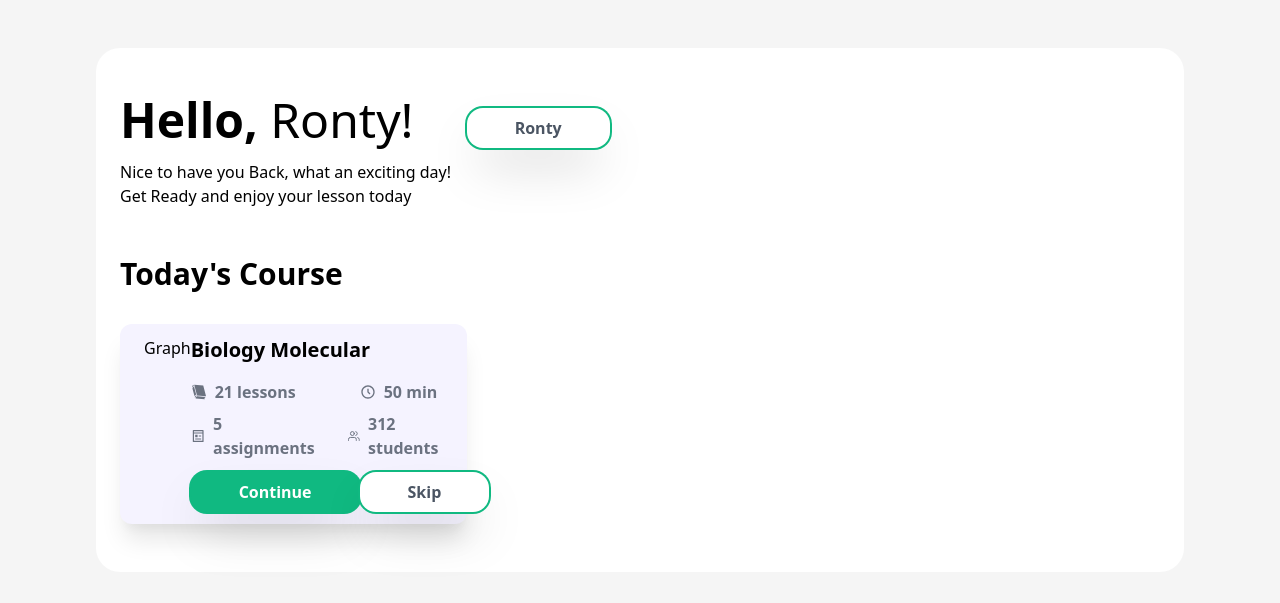
Repository: coolronts/Vite-Tailwind
Page: /
An editor plug-in stored every save of this project. The page is shown before and after the next save, followed by the edit.
The browser window is 1280 px wide. The pictures show the whole page.
The project was rebuilt for these pictures with package versions that can differ from the ones it lists, and the page was loaded fresh each time. Also part of the build but not shown: vite.config.js.

Above is the page before, as saved 2021-11-26 07:50:06.

### src/App.jsx
import './App.css'

import {Course, Intro} from './Section'
import { PrimaryButton, SecondaryButton } from './components/Button'

import {PrimaryCard} from './components/Card'
import SplitScreen from './components/SplitScreen'
import { useState } from 'react'

function App() {

  return (
    <div className="App bg-white my-12 mx-24 rounded-3xl px-6 py-12">
      <SplitScreen leftWeight = 'w-1/3'>
        <div id="left">
          <Intro/>
          <div id="course">
            <p className="text-3xl font-bold  font-sans mb-8">Today's Course</p>
            <PrimaryCard>
              <Course/>
            </PrimaryCard>
          </div>

        </div>

        <div id="right">
          <SecondaryButton name="Ronty"/>
        </div>


      </SplitScreen>
    </div>
  )
}

export default App

### src/Section/index.js
import Course from "./Course";
import Intro from "./Intro";

export { Intro, Course };

### src/components/Button/index.jsx
import React from 'react'

export const PrimaryButton = ({name}) =>{
  return (
    <button className="bg-green-500 w-48 py-2 ring-2 ring-green-500 text-white text-md font-semibold shadow-2xl rounded-2xl mt-3">
      {name}
    </button>
  )
}

export const SecondaryButton = ({name}) =>{
  return (
    <button className="bg-white px-12 py-2 ring-2 ring-green-500 text-gray-600 text-md font-semibold shadow-2xl rounded-2xl mt-3">
      {name}
    </button>
  )
}

### src/components/Card/index.jsx
import React from 'react'

export const PrimaryCard =({children})=> {
  return (
    <div className="bg-purple-50 py-3 px-6  rounded-xl shadow-xl">
      {children}
    </div>
  )
}

### src/components/SplitScreen/index.jsx
import PropTypes from 'prop-types'
import React from "react"
import tw from "tailwind-styled-components"

const Container = tw.div`${(props) => props.weight}`;

const Pane = tw.div`${(props) => props.weight}`;

const SplitScreen = ({
	children,
	containerWeight = 'flex w-full',
  leftWeight = 'w-1/2',
	rightWeight = 'w-1/2',
}) => {
	const [left, right] = children;
	return (
		<Container className={containerWeight}>
			<Pane className={leftWeight}>
				{left}
			</Pane>
			<Pane className={rightWeight}>
				{right}
			</Pane>
		</Container>
	);
}

export default SplitScreen

SplitScreen.propTypes = {
	children: PropTypes.arrayOf(PropTypes.node).isRequired,
	containerWeight: PropTypes.string,
	leftWeight: PropTypes.string,
	rightWeight: PropTypes.string,
}

### src/Section/Course/index.jsx
import {PrimaryButton, SecondaryButton} from '../../components/Button'

import {BiTimeFive} from 'react-icons/bi'
import {FiUsers} from 'react-icons/fi'
import { GiWhiteBook } from 'react-icons/gi'
import React from 'react'
import { RiPagesLine } from 'react-icons/ri'
import SplitScreen from '../../components/SplitScreen'

export default function Course() {
  return (
    <SplitScreen leftWeight = 'w-1/5' rightWeight = 'w-full'>
      <div id="left">
        Graph
      </div>
      <div id="right">
        <h4 className="font-bold text-xl mb-4">Biology Molecular</h4>
        <div className="flex flex-col w-5/6">
          <div className="flex  text-gray-500 font-semibold mb-2">
            <p className="flex items-center mr-16"> <GiWhiteBook className="mr-2"/>  21 lessons</p>
            <p className="flex items-center"> <BiTimeFive className="mr-2"/>  50 min</p>
          </div>
          <div className="flex  text-gray-500 font-semibold text-left">
            <p className="flex items-center mr-8"> <RiPagesLine className="mr-2"/>  5 assignments</p>
            <p className="flex items-center"> <FiUsers className="mr-2"/>  312 students</p>
          </div>
        </div>
        <div className="flex justify-between">
          <PrimaryButton name="Continue" />
          <SecondaryButton name="Skip" />
        </div>
      </div>
    </SplitScreen>
  )
}

### src/Section/Intro/index.jsx
import React from 'react'

export default function Intro({name}) {
  return (
    <div className="mb-12">
      <h3 className="text-5xl font-sans font-bold mb-4">Hello, <span className="font-light">Ronty!</span> </h3>
      <div className="font-semibold tracking-wide text-gray-500">

      </div>
      <h5>Nice to have you Back, what an exciting day!</h5>
      <h5>Get Ready and enjoy your lesson today</h5>
    </div>
  )
}

Loaded but not shown: index.html (common file); src/main.jsx (common file); src/index.css (common file); src/App.css (common file); tailwind.config.js (common file)

After the next save:
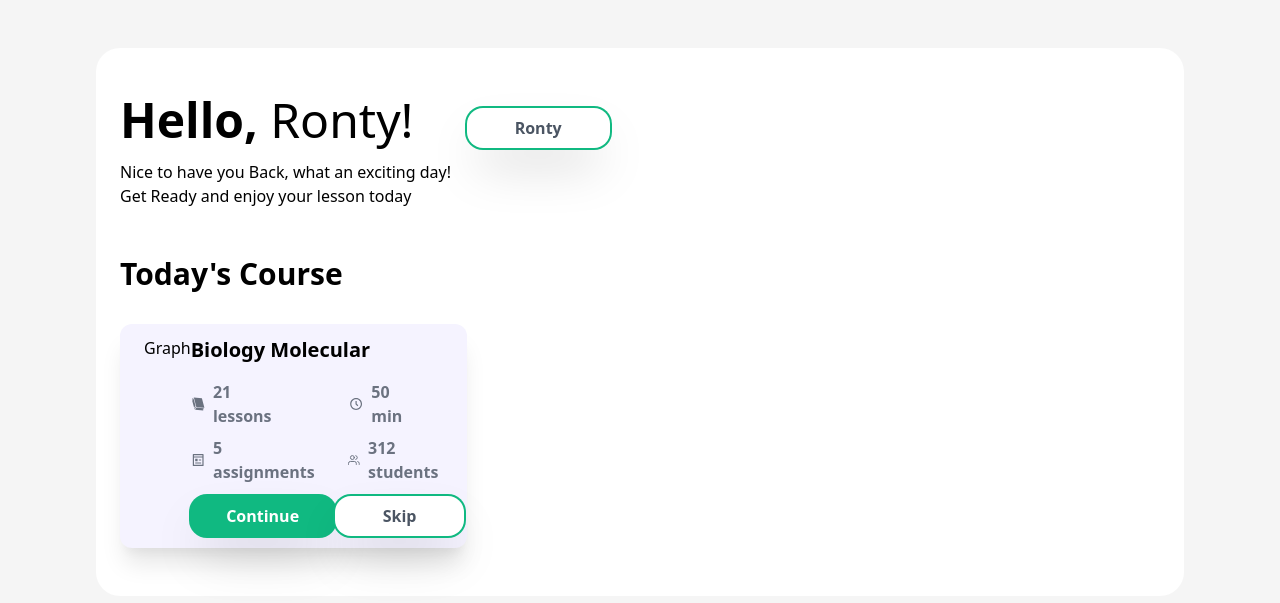
Saved 4 s later.
--- a/src/components/Button/index.jsx
+++ b/src/components/Button/index.jsx
@@ -2,7 +2,7 @@ import React from 'react'
 
 export const PrimaryButton = ({name}) =>{
   return (
-    <button className="bg-green-500 w-48 py-2 ring-2 ring-green-500 text-white text-md font-semibold shadow-2xl rounded-2xl mt-3">
+    <button className="bg-green-500 w-36 py-2 ring-2 ring-green-500 text-white text-md font-semibold shadow-2xl rounded-2xl mt-3">
       {name}
     </button>
   )
